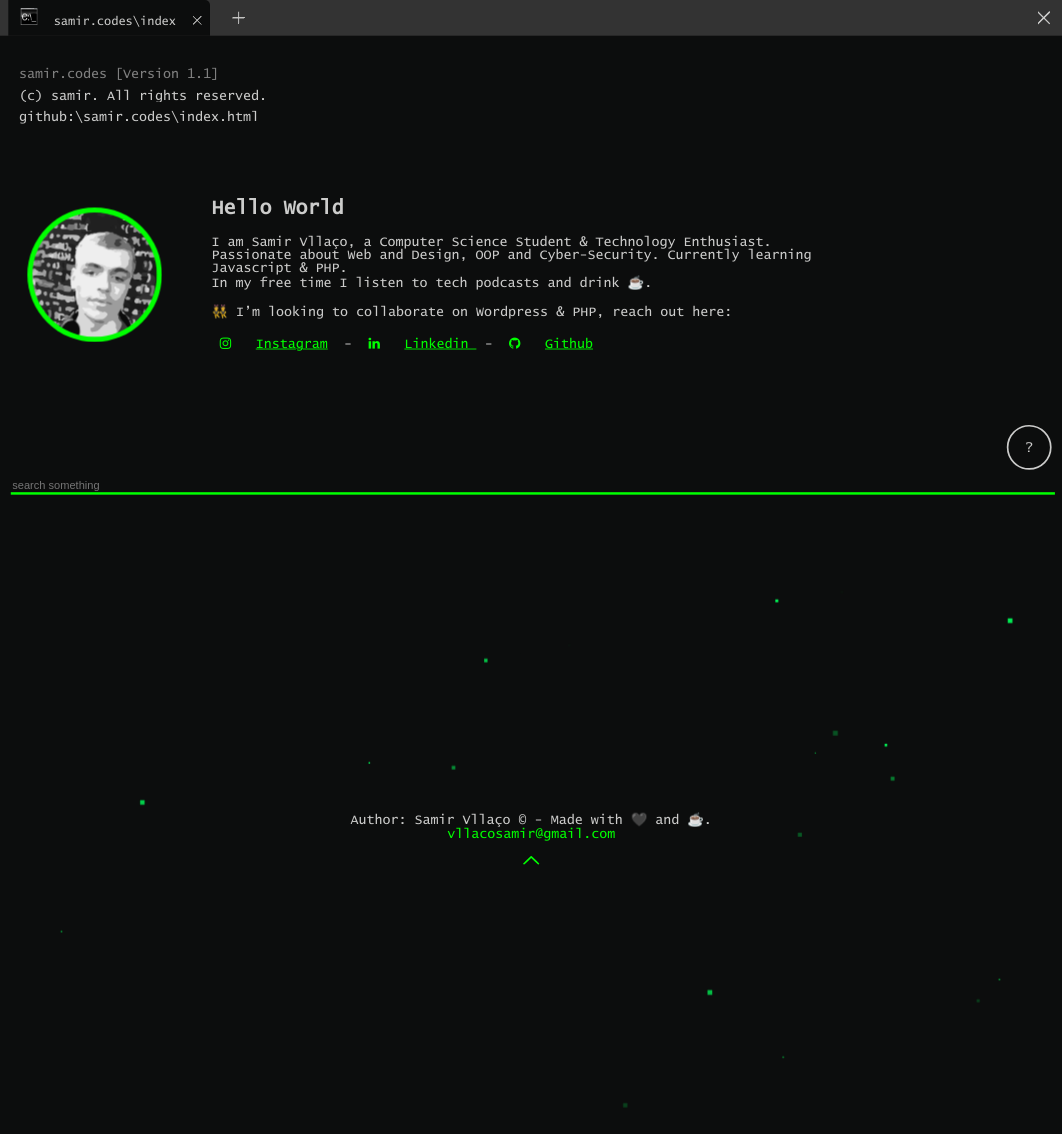
Repository: samiscold/samir.codes
Page: index.html
The author's editor kept a copy of each file at every save. The page is drawn from the files as they stood at one save, then again after a run of saves.
The browser window is 1280 px wide. The pictures show the whole page, at 83% of full size.

Above is the page before, as saved 2022-03-24 11:58:49.

### index.html
<!DOCTYPE html>
<html lang="en">

<head>
    <meta charset="UTF-8">
    <meta http-equiv="X-UA-Compatible" content="IE=edge">
    <meta name="viewport" content="width=device-width, initial-scale = 1.0, maximum-scale=1.0, user-scalable=no">
    <link rel="stylesheet" href="resources/style.css">
    <link rel='stylesheet' href='https://cdnjs.cloudflare.com/ajax/libs/font-awesome/4.7.0/css/font-awesome.min.css'>
    <title>samir.codes</title>
    <link rel="icon" type="image/x-icon" href="/resources/img/pfpdone.png">
</head>


<body>


    <header>

        <nav>

            <ul class="abc">
                <li id="listid" class="first-tab">
                    <img class="cmd-icon" id="cmdicon" src="resources/img/cmd.png">
                    <a id="atext">samir.codes\index</a>
                    <img onclick="closeTab()" id="anulojex" class="anuloje-x" src="resources/img/anuloje.svg">
                </li>
            </ul>
            <img onclick="tabSwitch()" id="shto" class="shtoje-x" src="resources/img/anuloje.svg">
        </nav>

        <img onclick="closeFunction()" class="mshele-x" src="resources/img/anuloje.svg">

    </header>


    <div class="overlay">
        <div class="commands">
            <p>"get_blog()" go to blog page</p>
            <p>"get_index()" go to homepage</p>
            <p>"get_skills()" go to skills</p>
            <p>"color a" to change the color</p>
            <p>"cls" : to clear</p>
        </div>
    </div>

    <main>

        <section class="first-section">
            <div class="section-text">
                <p class="helloo">samir.codes [Version 1.1]</p>
                <p class="hello">(c) samir. All rights reserved. </p>
                <p class="hello">github:\samir.codes\index.html</p>
            </div>
            <div id="aboutme" class="about-me">
                <div class="img-border">
                    <img class="pfp" src="resources/img/pfpdone.png" alt="">
                </div>
                <div class="text-me">
                    <h1> Hello World</h1>
                    <span>I am Samir Vllaço, a Computer Science Student & Technology Enthusiast. <br> Passionate about
                        Web and Design, OOP and Cyber-Security. Currently learning Javascript & PHP. <br> In my free time I listen
                        to tech podcasts and drink ☕. <br><br>
                        👯 I’m looking to collaborate on Wordpress & PHP, reach out here:</span>
                    <div class="contact">
                        <i class='fa fa-instagram'></i>
                        <a href="https://www.instagram.com/samir.codes/" target="_blank">Instagram</a>
                        -
                        <i class='fa fa-linkedin'></i>
                        <a href="https://linkedin.com/in/samirvllaço " target="_blank">Linkedin </a>
                        -
                        <i class='fa fa-github'></i>
                        <a href="https://github.com/samiscold" target="_blank">Github
                        </a>


                    </div>
                </div>
            </div>
            <div onclick="displayCommands()" class="question">?</div>

            <div class="skillss">
                <p>HTML</p>
                <div class="container">
                    <div class="skills html">100%</div>
                </div>
                <p>CSS</p>
                <div class="container">
                    <div class="skills css">98%</div>
                </div>
                <p>JavaScript</p>
                <div class="container">
                    <div class="skills js">65%</div>
                </div>
                <p>PHP</p>
                <div class="container">
                    <div class="skills php">15%</div>
                </div>
            </div>

            <div class="print-here">
            <p id="wronginput"></p>
            </div>


            <div class="inputs">
                <input class="cmd-input" type="text" id="result" placeholder="search something">
                <input id="click" class="search-input" onclick="myFunction()" value="">
            </div>
        </section>

    </main>

    <footer>
        <div id="particles-js"></div>


        <div class="footer-info">
            <p>Author: Samir Vllaço © - Made with 🖤 and ☕. <br>
                <a href="mailto:hege@example.com">vllacosamir@gmail.com</a>
            </p>

            <a href="" onclick="goTop()">
                <div class="go-to-top"><img src="resources/img/gototop.svg"></div>
            </a>
        </div>


    </footer>

    <script src="https://cdn.jsdelivr.net/npm/particles.js@2.0.0/particles.js" integrity="sha256-icjghcPaibMf1jv4gQIGi5MeWNHem2SispcorCiCfSg=" crossorigin="anonymous"></script>
    <script src="resources/js/script.js"></script>
</body>


</html>

### resources/style.css
@font-face {
	font-family: 'lucida';
	src: local('Lucida Console'), local('LucidaConsole'), url('/resources/font/LucidaConsole.woff2') format('woff2'), url('/resources/font/LucidaConsole.svg') format('svg');
	font-weight: normal;
	font-style: normal;
	font-display: swap;
}

body {
	background: #0C0D0D;
	color: #CCCCCB;
	font-family: 'lucida', sans-serif;
	margin: 0;
	padding: 0;
	scroll-behavior: smooth;
}

header {
	background-color: #333333;
	display: flex;
	justify-content: space-between;
	margin: 0;
	margin: 0;
	padding-right: 15px;
}

nav {
	bottom: 0;
	display: flex;
	align-self: end;
}

#particles-js {
	display: inline;
	height: 100vh;
	position: absolute;
}

/* nav icons */

.shtoje-x {
	display: inline-block;
	width: 11px;
	transform: rotate(45deg);
	margin: 0 24px;
	cursor: pointer;
}

.anuloje-x {
	width: 11px;
	height: 11px;
	margin-left: 10px;
	cursor: pointer;
}

.mshele-x {
	width: 15px;
	cursor: pointer;
}

#listid {
	display: block;
}


/* #wronginput::inputi {
  color: red;
} */

#wronginput span {
	display: inline;
	opacity: 0.6;
}

#wronginput {
	color: #CCCCCB;
}

#secondtab {
	display: none;
}

ul {
	margin: 0;
	padding: 0;
	margin-right: 5px;
	height: auto;
	display: flex;
	flex-direction: row;
	align-self: center;
	margin-left: 10px;
	list-style-type: none;
}

li {
	background: #0C0D0D;
	border-top-right-radius: 6px;
	padding-right: 12px;
	padding-left: 0px;
	width: auto;
	padding: 10px;
	display: flex;
	align-items: center;
}

#element {
	width: 100%;
	height: 45px;
	margin: 0;
	padding: 0;
	display: none;
	transition-timing-function: ease;
	transition-timing-function: cubic-bezier(0.25, 0.1, 0.25, 1);
}

li:focus-within {
	border: thin solid red;
}

li:active {
	color: black;
	background: lime;
}

li:active .anuloje-x {
	filter: invert(0%) sepia(91%) saturate(7470%) hue-rotate(355deg) brightness(0%) contrast(95%);
}

.active {
	border: 1px solid lime;
}

ul li a {
	cursor: default;
	font-size: 0.9rem
}

.cmd-icon {
	width: 20px;
	height: 20px;
	padding-left: 5px;
	padding-right: 10px;
}

article {
	display: block;
}

.cmd-icon2 {
	float: left;
	width: 20px;
	padding-left: 5px;
	padding-right: 10px;
}


/*first section*/

.first-section {
	margin: 3% 1%;
	margin-bottom:0;

}

input {
	background: transparent;
	border: none;
	color: #CCCCCB;
	margin: 10px 0;
	clear: both;
}

.inputs {
	/* display: flex;
	justify-content: center;
	flex-direction: column;
	align-items: center; */
	clear: both;
}

.cmd-input {
	width: 100%;
	clear: both;
}

.search-input {
	text-align: center;
}

input:focus,
textarea:focus {
	outline: none;
}

.pfp {
	width: 200px;
	margin: 30px 0;
}

.second-section {}

.third-section {}

.fourth-section {}

.question {
	width: 50px;
	height: 50px;
	display: block;
	float: right;
	border-radius: 100%;
	text-align: center;
	line-height: 50px;
	bottom: 22px;
	right: 32px;
	color: #CCCCCB;
	border: 2px solid #CCCCCB;
}

.hello,
.helloo {
	color: #CCCCCB;
	font-family: 'lucida', sans-serif;
	font-size: 1rem;
	margin: 10px 0 0 10px;
	white-space: nowrap;
	overflow: hidden;
	width: 50em;
	animation: type 1s steps(60, end);
}

p {
	width: 100%;
}

.hello:nth-child(2) {
	animation: type2 2s steps(60, end);
}

.hello:nth-child(3) {
	animation: type2 3s steps(60, end);
}

.hello:nth-child(4) {
	animation: type2 4s steps(60, end);
}

p a {
	color: lime;
	text-decoration: none;
}

.helloo {
	color:#808080;
}

.about-me {
	display: flex;
	align-items: center;
	margin: 50px 0;
	animation: up 500ms;
}

.text-me {
	margin: 40px;
	opacity: 0;
	animation: left 500ms 1s;
	animation-fill-mode: forwards;
	width: 65%;
}

.about-me a {
	color: lime;
	padding: 0 10px;
}

.about-me i {
	text-decoration: none;
	color: lime;
	padding: 0 10px;
}

span {
	display: block;
	margin: 20px 0;
}

.pfp {
	width: 150px;
	height: 150px;
	filter: grayscale(1);
	border-radius: 100px;
	display: inline;
	margin: 0;
	padding: 0;
	z-index: 9999;
}

.contact {
	align-items: center;
}

h1 {
	margin: 0;
}

.img-border {
	width: 160px;
	height: 160px;
	background: lime;
	border-radius: 100%;
	display: flex;
	justify-content: center;
	align-items: center;
	z-index: 9999;
	margin:20px;
	padding:1px;
}

.card h2 {
	height: 90px;
}

.img-border:hover {
	background-image: linear-gradient(to bottom right, lime, #CCCCCB);
	background-size: 200% auto;
	animation: shine 1s linear forwards;
}

.container {
	width: 100%;
}

.skills {
	text-align: right;
	/* Right-align text */
	padding-top: 10px;
	/* Add top padding */
	padding-bottom: 10px;
	/* Add bottom padding */
	color: white;
	/* White text color */
	clear: both;
}

.html {
	width: 100%;
	background-color: #04AA6D;
}


/* Green */

.css {
	width: 98%;
	background-color: #2196F3;
}


/* Blue */

.js {
	width: 65%;
	background-color: #f44336;
}


/* Red */

.php {
	width: 15%;
	background-color: #808080;
}


/* Dark Grey */

.img-border:hover::after {
	content: 'sup?';
	font-size: 20px;
	background: black;
	position: absolute;
	z-index: 99999999999;
}

.cmd-input {
	border-bottom: 3px solid lime;
}

.skillss {
	display: none;
}

@keyframes shine {
	to {
		background-position: 300% center;
	}
}

@keyframes type {
	from {
		width: 0;
	}
}

@keyframes type2 {
	0% {
		width: 0;
	}
	50% {
		width: 0;
	}
	100% {
		width: 100;
	}
}

@keyframes blink {
	0% {
		opacity: 0;
	}
	50% {
		opacity: 0;
	}
	100% {
		width: 100;
	}
}


/*second animation */

@keyframes type {
	from {
		width: 0;
	}
}

@keyframes up {
	from {
		opacity: 0;
		transform: translateY(-200px);
	}
}

@keyframes left {
	from {
		opacity: 0;
		transform: translateX(-200px);
	}
	to {
		opacity: 1;
	}
}

body.loaded {
	opacity: 1;
	transition: 1s opacity;
}


/* Default banner */

.banner {
	position: relative;
	width: 100%;
	height: 40rem;
	padding: 0 5%;
	overflow: hidden;
	backface-visibility: hidden;
}


/* Default image container */

.banner .background {
	width: 100%;
	height: 100%;
	position: absolute;
	left: 0;
	top: 0;
	z-index: -1;
	transform: translate3d(0, 0, 0) scale(1.25);
	background: black url(https://images.unsplash.com/photo-1531971085967-431db1ec65a2?ixlib=rb-0.3.5&ixid=eyJhcHBfaWQiOjEyMDd9&s=212d5ac2d6b763d2f2168d4f0a85b36c&auto=format&fit=crop&w=2250&q=80) no-repeat center center;
	background-size: cover;
}


/* Loaded image container */

.loaded .banner .background {
	transform: scale(1);
	transition: 6.5s transform;
}


/* Other stuff */

.banner h1 {
	color: #EEE;
	margin: 0;
	line-height: 40rem;
	text-transform: uppercase;
	text-shadow: 0 0 .3rem black;
}

.row {
	display: flex;
	flex-direction: row;
	justify-content: center;
	align-items: center;
}

.commands {
	background-color: black;
	border: 2px solid lime;
	padding: 20px;
	height: 200px;
	position: relative;
	top: calc(50% - 200px);
}

.overlay {
	position: fixed;
	width: 100%;
	height: 100vh;
	background: #000000d4;
	top: 0%;
	z-index: 9999999999999999999999999999;
	display: flex;
	justify-content: center;
	align-items: center;
	display: none;
}

.row a {
	color: #CCCCCB;
	text-decoration: none;
}

.card {
	width: 25%;
	margin: 60px 30px;
}

.card h5 {
	height: 30px;
	;
}

.footer-info{
	display: flex;
	justify-content: center;
	align-items: center;
	text-align: center;
	margin: 0% 1%;
	flex-direction: column;
	height: 100vh;
}

.go-to-top {
	width: 20px;
	height: auto;
}

@media only screen and (max-width: 768px) {
	html {
		overflow-x: hidden;
	}
	header {
		overflow: hidden;
	}
	nav {
		align-self: unset;
	}
	/* .mshele-x {
    display:none;
} */
	ul {
		display: flex;
		align-self: end;
	}
	li {
		width: 80%;
		line-height: normal;
	}
	.hello:nth-child(4) {
		display: none;
	}
	.cmd-icon {
		display: none;
	}
	.shtoje-x {
		display: none;
	}
	.about-me {
		flex-direction: column;
		align-items: initial;
		width: auto;
	}
	.pfp {
		width: 85px;
		height: 85px;
	}
	.img-border {
		width: 90px;
		height: 90px;
		margin: 40px;
	}
	.card {
		width: 80%;
	}
	.row {
		display: inline-flex;
		flex-direction: column;
	}
	.question {
		display: none;
	}

	footer {
		height: 50vh;
	}

	footer p {
		font-size: 0.9rem;
	}
	/* .hello,
.helloo {
  color: #CCCCCB;
  font-family: 'Lucida Sans';
  font-size: 1rem;
  margin: 10px 0 0 10px;
  white-space: nowrap;
  overflow: hidden;
  width: 50em;
  animation: type 1s steps(60, end);

} */
}

### resources/js/script.js

particlesJS('particles-js',

{
	"particles": {
	  "number": {
		"value": 40,
		"density": {
		  "enable": true,
		  "value_area": 1736.2070190114673
		}
	  },
	  "color": {
		"value": "#00ff5a"
	  },
	  "shape": {
		"type": "edge",
		"stroke": {
		  "width": 0,
		  "color": "#000000"
		},
		"polygon": {
		  "nb_sides": 5
		},
		"image": {
		  "src": "img/github.svg",
		  "width": 100,
		  "height": 100
		}
	  },
	  "opacity": {
		"value": 1,
		"random": true,
		"anim": {
		  "enable": true,
		  "speed": 1,
		  "opacity_min": 0,
		  "sync": false
		}
	  },
	  "size": {
		"value": 3,
		"random": true,
		"anim": {
		  "enable": false,
		  "speed": 4,
		  "size_min": 0.3,
		  "sync": false
		}
	  },
	  "line_linked": {
		"enable": false,
		"distance": 150,
		"color": "#ffffff",
		"opacity": 0.4,
		"width": 1
	  },
	  "move": {
		"enable": true,
		"speed": 1,
		"direction": "none",
		"random": true,
		"straight": false,
		"out_mode": "out",
		"bounce": false,
		"attract": {
		  "enable": false,
		  "rotateX": 600,
		  "rotateY": 600
		}
	  }
	},
	"interactivity": {
	  "detect_on": "canvas",
	  "events": {
		"onhover": {
		  "enable": true,
		  "mode": "bubble"
		},
		"onclick": {
		  "enable": true,
		  "mode": "remove"
		},
		"resize": true
	  },
	  "modes": {
		"grab": {
		  "distance": 400,
		  "line_linked": {
			"opacity": 1
		  }
		},
		"bubble": {
		  "distance": 250,
		  "size": 0,
		  "duration": 2,
		  "opacity": 0,
		  "speed": 3
		},
		"repulse": {
		  "distance": 400,
		  "duration": 0.4
		},
		"push": {
		  "particles_nb": 4
		},
		"remove": {
		  "particles_nb": 2
		}
	  }
	},
	"retina_detect": true
  }

);


  // track the submit button with enter
document.getElementById("result").addEventListener("keyup", function (event) {
	event.preventDefault();
	if (event.keyCode === 13) {
		document.getElementById("click").click();
	}
});

function random(min, max) {
	return Math.floor(Math.random() * (max - min) + min);
}


function closeFunction() {
	var r = confirm("👨‍💻bye");
	if (r == true) {
		x = window.close();
	}
}

var counter = 0;

function tabSwitch() {

	//append the cmd icon and x icon
	var img = document.createElement("img");
	img.src = "resources/img/anuloje.svg";

	var img2 = document.createElement("img");
	img2.src = "resources/img/cmd.png";

	img.className = 'anuloje-x';

	img.id = "anulojex";
	img.onclick = closeNewTab;

	img2.className = 'cmd-icon2';


	// append the li nav
	var ulLocation = document.getElementsByClassName('abc')[0];
	var whereTab = document.getElementById('listid');

	var addTab = document.createElement('li');
	addTab.className = 'active';


	addTab.innerHTML = "github:\samir.codes\\blank";
	addTab.appendChild(img2);
	ulLocation.appendChild(addTab);
	addTab.appendChild(img);
	addTab.id = "listid";
}




function closeTab(event) {
	event.target.closest('li.tab').remove();
}

function closeTab() {
	var whereTab = document.getElementById('listid');
	var getHeader = document.querySelector('header');
	if (whereTab.style.display == 'block') {
		whereTab.style.display = 'none';
	} else {
		whereTab.style.display = "none";
		getHeader.style.display = "none";
		closeFunction();

	}

}

function closeNewTab() {
	var aktiv = document.getElementsByClassName('active')[0];
	event.target.closest('li').remove();
}

function test() {
	var abc = document.getElementById("wronginput");


	var fixappend = document.getElementsByClassName('print-here')[0];
	var paragraph = document.createElement('p');
	paragraph.id = "wronginput";
	fixappend.appendChild(paragraph);

}


function myFunction() {
	let inputi = document.getElementById('result').value;
	console.log(inputi);


	var c = document.getElementById("wronginput");
	const pjat = document.querySelectorAll('p');


	if (inputi === "color a") {
		for (let i = 0; i < pjat.length; i++) {
			pjat[i].style.color = 'lime';
		}

		return;
	}

	if (inputi === "get_blog()") {
		window.open("blog.html", "_self");
		return;
	}

	if (inputi === "get_index()") {
		window.open("index.html", "_self");
		return;
	}

	if (inputi === "get_skills()") {
		var testtest = document.getElementsByClassName("skillss")[0];
		testtest.style.display = "block";
		return;
	}

	var abc = document.getElementById("wronginput");
	var testtest = document.getElementsByClassName("skillss")[0];
	var fixappend = document.getElementsByClassName('print-here')[0];

	if (inputi === "cls") {
		abc.parentNode.removeChild(abc);

		testtest.style.display = "none";
		for (let i = 0; i < pjat.length; i++) {
			pjat[i].style.color = 'white';
		}

	} else {

		test();
		var komandat = [' \"cls\" to clear', '\"color a\" to change the color', '\"get_blog()\" to go to blog page', "\"get_index()\" to go to home page"];
		abc.innerHTML += "<span> '" + inputi + "' </span> is not recognized as an internal <br> or external command, please try: <br> <span>" + komandat[random(0, komandat.length)] + "</span> <br><br>";
	}

}

function displayCommands() {
	var getdisplay = document.getElementsByClassName('overlay')[0];
	getdisplay.style.display = "block";

	window.onclick = function (event) {
		if (event.target == getdisplay) {
			getdisplay.style.display = "none";
		}
	}
}

function goTop() {
	window.scrollTo(0,0);
}

After the next 2 saves:
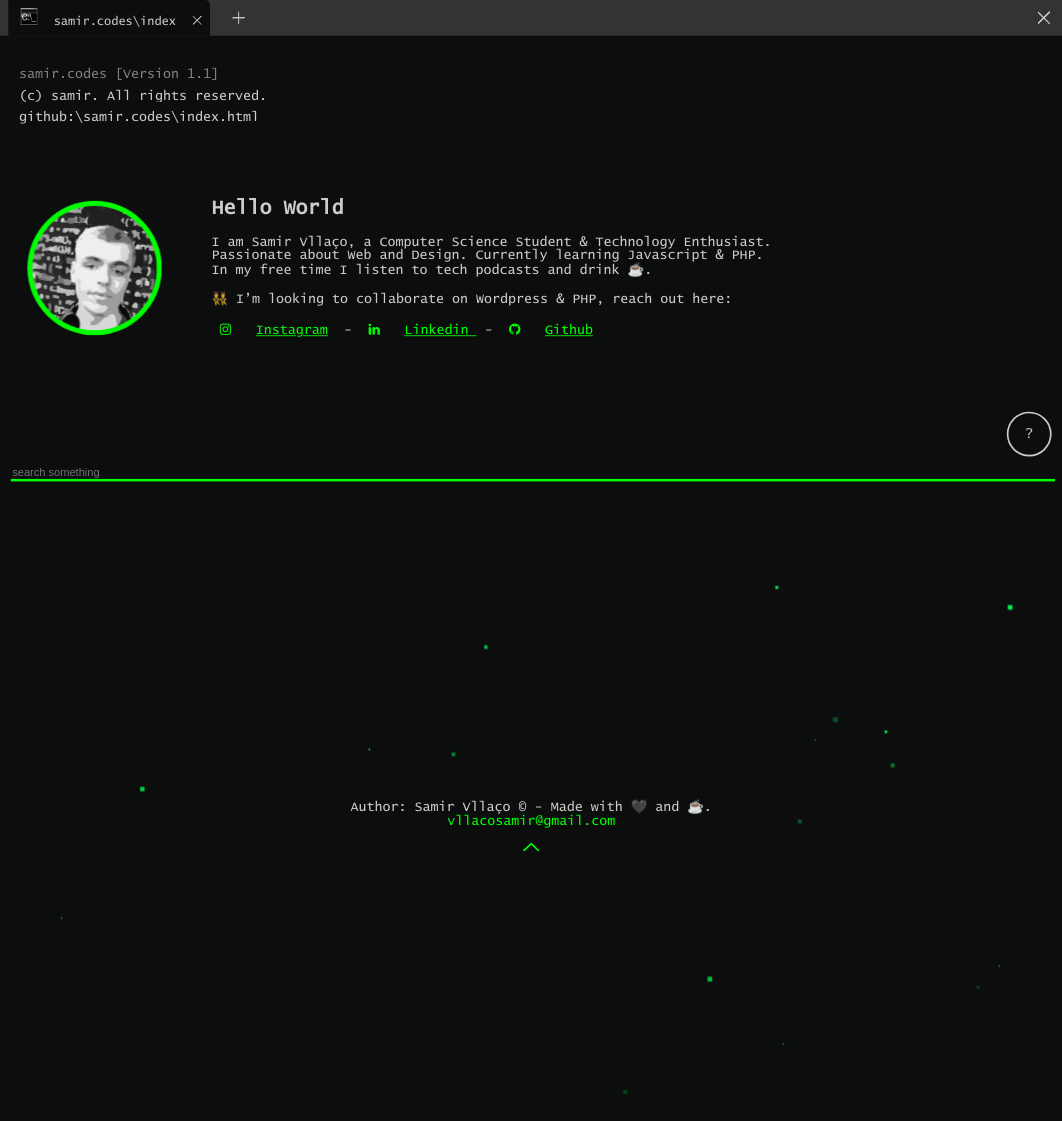
The 2 saves are shown as one change because they came seconds apart.
The last was saved 11 s later.
--- a/index.html
+++ b/index.html
@@ -59,7 +59,7 @@
                 <div class="text-me">
                     <h1> Hello World</h1>
                     <span>I am Samir Vllaço, a Computer Science Student & Technology Enthusiast. <br> Passionate about
-                        Web and Design, OOP and Cyber-Security. Currently learning Javascript & PHP. <br> In my free time I listen
+                        Web and Design. Currently learning Javascript & PHP. <br> In my free time I listen
                         to tech podcasts and drink ☕. <br><br>
                         👯 I’m looking to collaborate on Wordpress & PHP, reach out here:</span>
                     <div class="contact">
